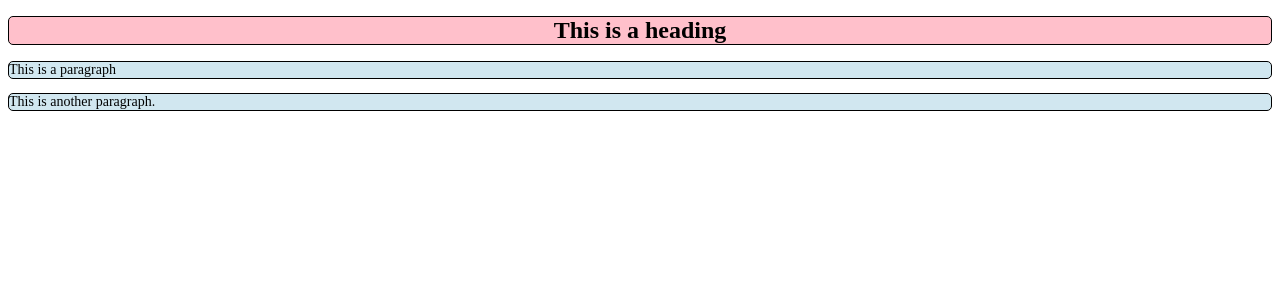
Repository: AishwaryaPandey987/PGLife
Page: home.html
An editor plug-in stored every save of this project. The page is shown before and after the next save, followed by the edit.
The browser window is 1280 px wide. The pictures show the whole page.

Above is the page before, as saved 2022-10-26 18:45:16.

### home.html
<!DOCTYPE html>
<html>
  <head>
    <title>CSS Page</title>
    <link rel="stylesheet" href="css/style.css" />
  </head>
  <body>
    <h1>This is a heading</h1>
    <p>This is a paragraph</p>
    <p>This is another paragraph.</p>
  </body>
</html>

### css/style.css
h1{
  color: black;
  text-align: center;
  border: 1px solid black;
  border-radius: 5px;
  background-color: pink;
  font-size: 24px;

}

p{

  color: black;
  background-color: rgb(209, 231, 240);
  border: 1px solid black;
border-radius: 5px;
  font-size: 14px;
  text-align: left;
}

After the next save:
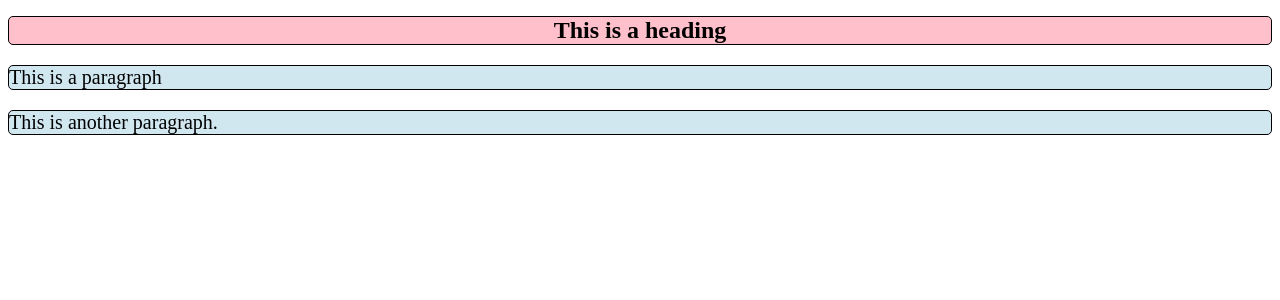
Saved 30 s later.
--- a/css/style.css
+++ b/css/style.css
@@ -14,6 +14,6 @@ p{
   background-color: rgb(209, 231, 240);
   border: 1px solid black;
 border-radius: 5px;
-  font-size: 14px;
+  font-size: 20px;
   text-align: left;
 }
